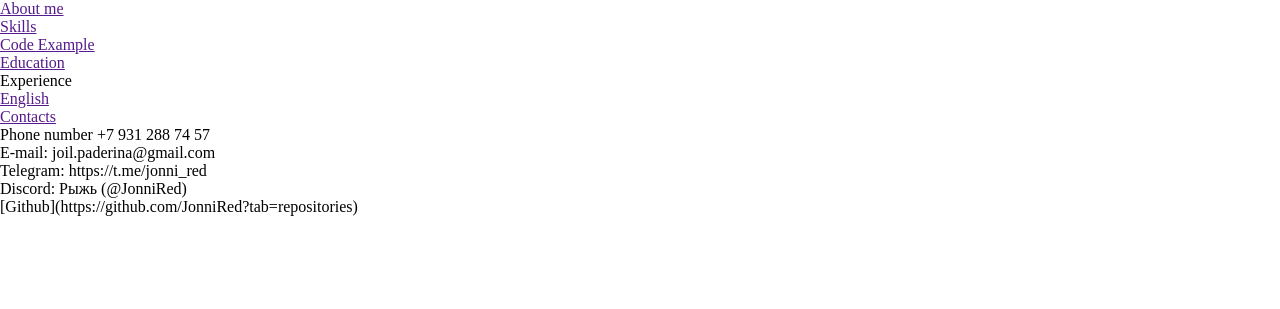
Repository: JonniRed/rsschool-cv-past
Page: index.html
An editor plug-in stored every save of this project. The page is shown before and after the next save, followed by the edit.
The browser window is 1280 px wide. The pictures show the whole page.

Above is the page before, as saved 2023-11-28 16:49:20.

After the next save:
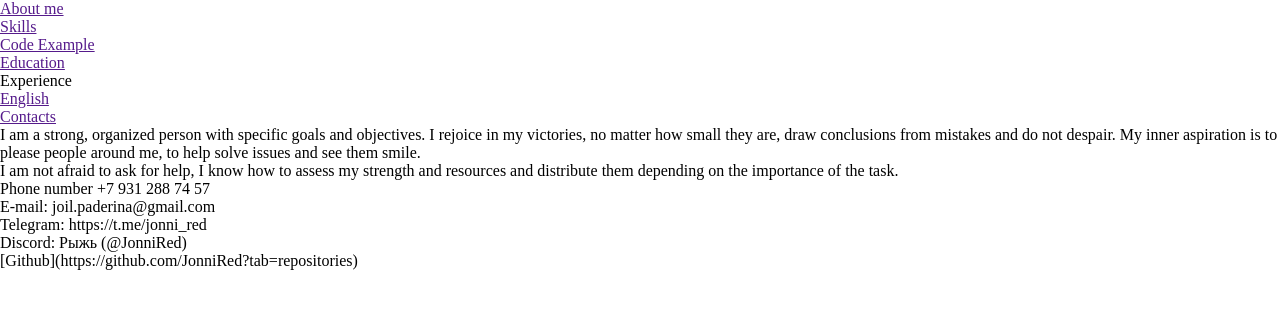
Saved 105 s later.
--- a/index.html
+++ b/index.html
@@ -24,7 +24,21 @@
     </header>
     <main class="main">
         <section class="about-me">
-            <ul class="contacy-ul">
+            <p>I am a strong, organized person with specific goals and objectives. I rejoice in my victories, no matter
+                how small they are, draw conclusions from mistakes and do not despair. My inner aspiration is to please
+                people around me, to help solve issues and see them smile.</p>
+            <p>I am not afraid to ask for help, I know how to assess my strength and resources and distribute them
+                depending on the importance of the task.</p>
+        </section>
+        <section class="skill">
+
+        </section>
+        <section class="code"></section>
+        <section class="edu"></section>
+        <section class="experience"></section>
+        <section class="english"></section>
+        <section class="contact">
+            <ul class="contact-ul">
                 <li>Phone number +7 931 288 74 57</li>
                 <li>E-mail: joil.paderina@gmail.com</li>
                 <li>Telegram: https://t.me/jonni_red</li>
@@ -32,12 +46,6 @@
                 <li>[Github](https://github.com/JonniRed?tab=repositories)</li>
             </ul>
         </section>
-        <section class="skill"></section>
-        <section class="code"></section>
-        <section class="edu"></section>
-        <section class="experience"></section>
-        <section class="english"></section>
-        <section class="contact"></section>
     </main>
     <footer class="footer"></footer>
 </body>
